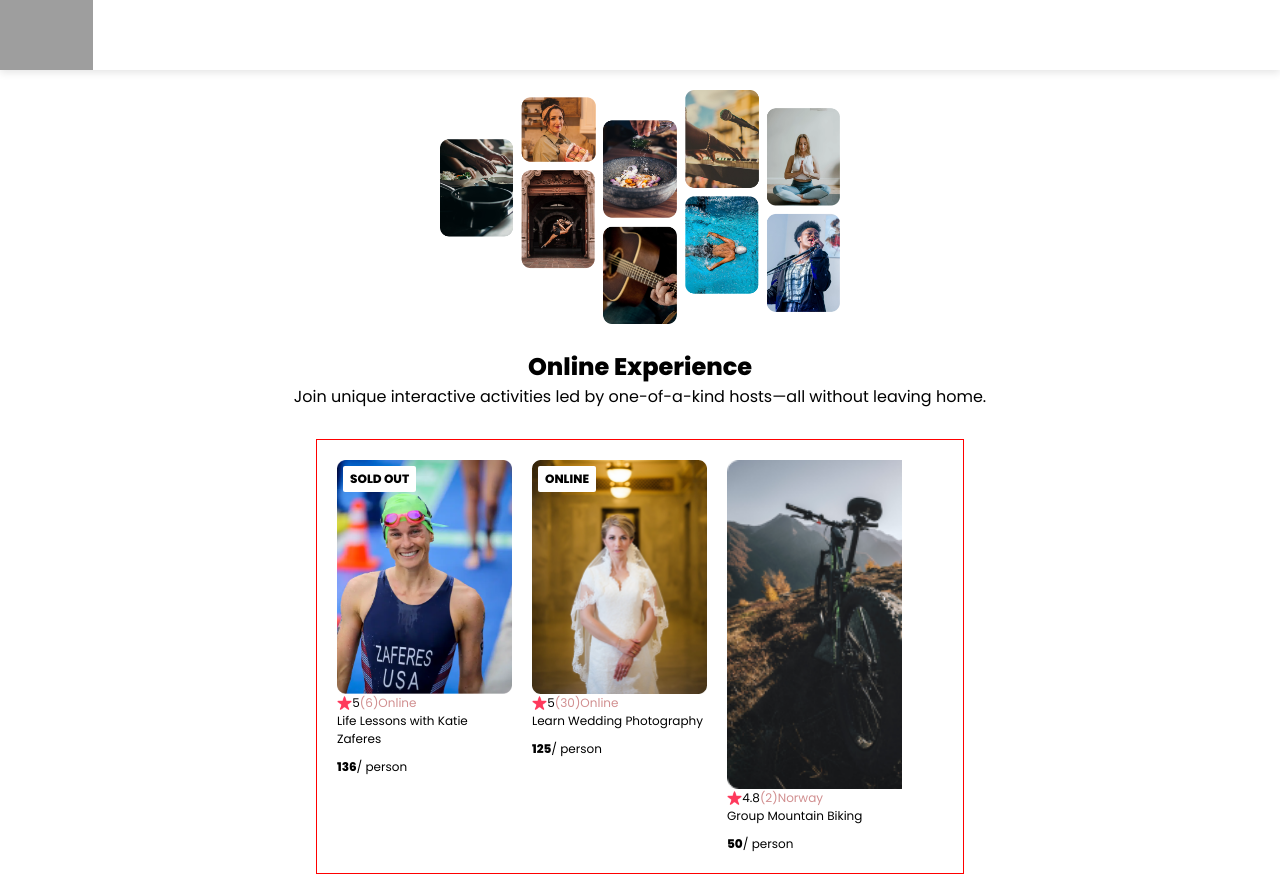
Repository: Richswag009/my-travel-journal
Page: /
The author's editor kept a copy of each file at every save. The page is drawn from the files as they stood at one save, then again after the next save.
The browser window is 1280 px wide. The pictures show the whole page.
Pictures or frames that could not be fetched are drawn as grey boxes. Some web fonts or font styles are not loaded; a fallback is used. The project was rebuilt for these pictures with package versions that can differ from the ones it lists, and the page was loaded fresh each time.

Above is the page before, as saved 2022-06-17 22:40:42.

### public/index.html
<!DOCTYPE html>
<html lang="en">
  <head>
    <meta charset="utf-8" />
    <link rel="icon" href="%PUBLIC_URL%/favicon.ico" />
    <meta name="viewport" content="width=device-width, initial-scale=1" />
    <meta name="theme-color" content="#000000" />
    <meta name="description"content="Web site created using create-react-app"/>
    <link rel="preconnect" href="https://fonts.googleapis.com">
    <link rel="preconnect" href="https://fonts.gstatic.com" crossorigin>
    <link href="https://fonts.googleapis.com/css2?family=Baloo+Thambi+2&family=Poppins:wght@400;500;800&family=Raleway&family=Rubik&display=swap" rel="stylesheet">
    <link rel="apple-touch-icon" href="%PUBLIC_URL%/logo192.png" />
    <link rel="manifest" href="%PUBLIC_URL%/manifest.json" />
    <title>React Fact</title>
  </head>
  <body>
    <noscript>You need to enable JavaScript to run this app.</noscript>
    <div id="root"></div>

  </body>
</html>

### src/App.js

import React,{Component} from 'react';
import './App.css';
import Header from './component/Header';
import Hero from './component/Hero';
import Card from './component/Card';
import Data from './Data'

// import Users from './component/users/Users';
class App extends Component{
  render(){
    const cards =Data.map(items=>{
      return(
        <Card
        key={items.id}
       {...items}
       />
      )
    })
    return (
      <div className="App">
       <Header/>
       <Hero/>
       <section className='card-list'>
       {cards}
       </section>
      </div>
    );
  }
}

export default App;

### src/App.css
*{
    margin: 0;
    padding: 0;
    box-sizing: border-box;
}body{
    margin: 0;
    font-family: 'Poppins', sans-serif;}
.gray{
    color: #d18f90;
}
nav{
    height: 70px;
    display: flex;
    box-shadow:0px 3px 7.5px rgba(0,0,0,0.1) ;
}.nav-logo{
    max-width: 150px;
}section{
    padding: 20px;
}.hero{
display: flex;
flex-direction: column;
align-items: center;
}
.hero-image{
    /* position: absolute; */
    max-width: 400px;
    align-self: center;
}.hero h1{
margin-top: 25px ;
text-align: center;
}
.hero>p{
    margin-top: 0;
}.card-list{
    display: flex;
    flex-wrap: nowrap;
    gap: 20px;
    width: 90vh;
    border: 1px solid red;
    margin: 10px auto;
    overflow-x: auto;

}.card{
    width: 175px;
    font-size: 12px;
    flex: 0 0 auto;
    display: flex;
    flex-direction:column;
    position: relative;
}.card-image{
    width: 176px;
    border-radius: 9px;
    margin-bottom: 20px;


}.card-stats{
    display: flex;
    align-items: center;

}.card-star{
    height: 14px;
}.card-title{
    overflow: hidden;
    text-overflow: ellipsis;
}.card-price {
    margin-top: 10px;
}.card-badge{
    position: absolute;
    top: 6px;
    left: 6px;
    background-color: #fff;
    padding: 4px 7px;
    border-radius: 2px;
    font-weight: bold;

}

### src/component/Header.js
import React, { Component } from 'react'
// import logo from './images/logo.png'
export default class Header extends Component {



    render() {
        return (
            <div>
                <nav>
                < img className='nav-logo' src='./images/logo.png' alt="" />
                </nav>
            </div>
        )
    }
}

### src/component/Hero.js
import React, { Component } from 'react'
//  import Group from '../images/Group-77.png'
export default class Hero extends Component {

    render() {
        return (
            < section className='hero'>
                <img className='hero-image' src='./images/Group-77.png' alt="" />
                <div>
                <h1>Online Experience</h1>
                <p>Join unique interactive activities led by one-of-a-kind hosts—all without leaving home.
                </p>
                </div>
            </section>
        )
    }
}

### src/component/Card.js
import React, { Component } from 'react'
// import Image12 from '../images/image12.png'
// import Star from '../images/Star-1.png'

export default class Card extends Component {

    render() {
        let badgeText
        if(this.props.openSpots===0){
            badgeText='SOLD OUT'
        }else if(this.props.location ==='Online'){
            badgeText='ONLINE'

        }
        return (
            <div className='card'>
                {badgeText &&<div className='card-badge'>{badgeText}</div>}
                <img className='card-img' src={`/images/${this.props.coverImg}`} alt="" />
                <div className='card-stats'>
                <img className='card-star' src='./images/Star-1.png' alt="" />
                <span>{this.props.stats.rating}</span>
                <span className='gray'>({this.props.stats.reviewCount})</span>
                <span className='gray'>{this.props.location}</span>
                </div>
                <p className='card-title'>{this.props.title}</p>
                <p className='card-price'><b>{this.props.price}</b>/ person</p>
            </div>
        )
    }
}

### src/Data.js


 const Data= [
    {
        id: 1,
        title: "Life Lessons with Katie Zaferes",
        description: "I will share with you what I call \"Positively Impactful Moments of Disappointment.\" Throughout my career, many of my highest moments only came after setbacks and losses. But learning from those difficult moments is what gave me the ability to rise above them and reach my goals.",
        price: 136,
        coverImg: "katie-zaferes.png",
        stats: {
            rating: 5.0,
            reviewCount: 6
        },
        location: "Online",
        openSpots: 0,
    },
    {
        id: 2,
        title: "Learn Wedding Photography",
        description: "Interested in becoming a wedding photographer? For beginner and experienced photographers alike, join us in learning techniques required to leave the happy couple with memories that'll last a lifetime.",
        price: 125,
        coverImg: "wedding-photography.png",
        stats: {
            rating: 5.0,
            reviewCount: 30
        },
        location: "Online",
        openSpots: 25,
    },
    {
        id: 3,
        title: "Group Mountain Biking",
        description: "Experience the beautiful Norwegian landscape and meet new friends all while conquering rugged terrain on your mountain bike. (Bike provided!)",
        price: 50,
        coverImg: "mountain-bike.png",
        stats: {
            rating: 4.8,
            reviewCount: 2
        },
        location: "Norway",
        openSpots: 3,
    }
]
export default Data;

Loaded but not shown: src/index.js (common file)

After the next save:
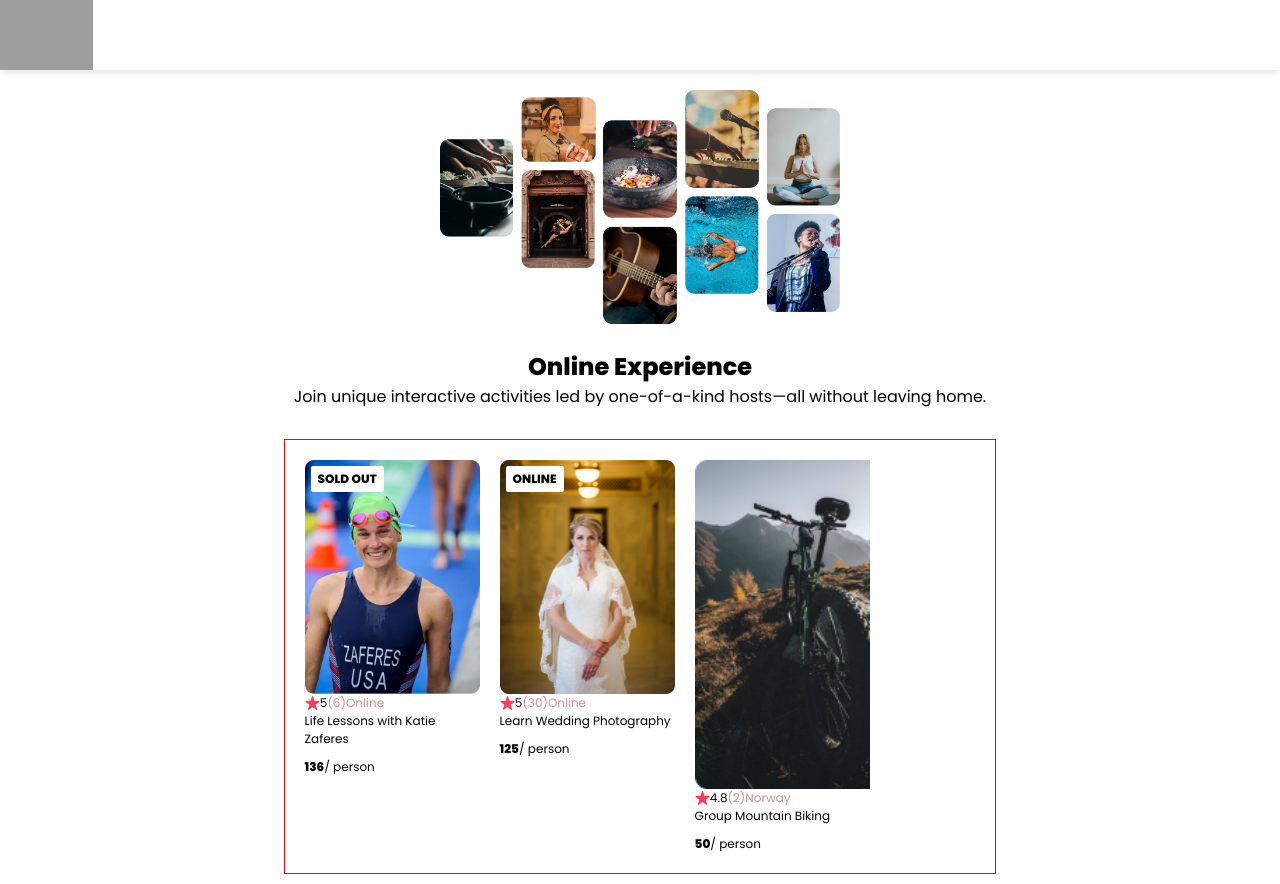
Saved 18 s later.
--- a/src/App.css
+++ b/src/App.css
@@ -35,7 +35,7 @@ text-align: center;
     display: flex;
     flex-wrap: nowrap;
     gap: 20px;
-    width: 90vh;
+    width: 99vh;
     border: 1px solid red;
     margin: 10px auto;
     overflow-x: auto;
